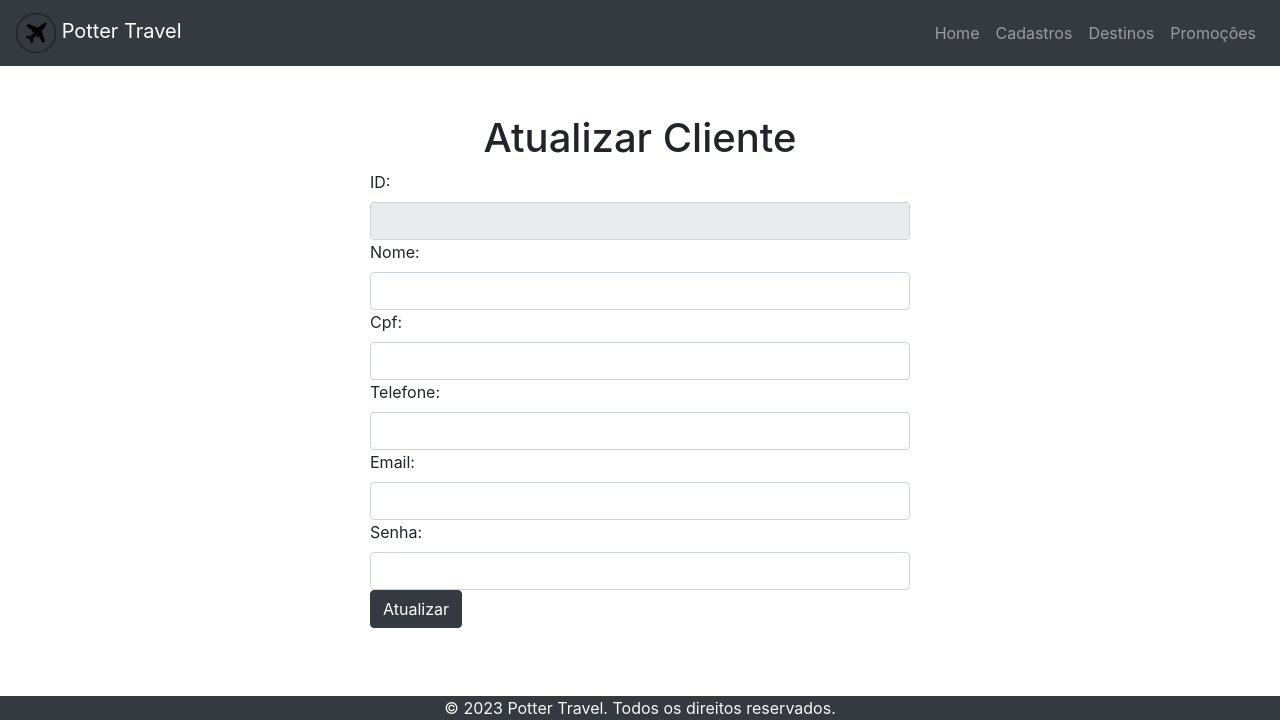
Repository: marcelledssantos/PotterTravel-MVC
Page: http://localhost/PotterTravel-MVC/atualizar.jsp
An editor plug-in stored every save of this project. The page is shown before and after the next save, followed by the edit.
The browser window is 1280 px wide. The pictures show the whole page.
Some web libraries are served in a nearby version. The page is served by Tomcat 9. Other server files are loaded and not shown. The template is opened directly, without the code that normally fills it, so the values that code supplies are empty.

Above is the page before, as saved 2023-11-03 00:52:37.

### PotterTravel-MVC/src/main/webapp/atualizar.jsp
<%@ page language="java" contentType="text/html; charset=UTF-8"
	pageEncoding="UTF-8"%>
	<%@ taglib uri="http://java.sun.com/jsp/jstl/core" prefix="jstl"%>
<!DOCTYPE html>
<html>
<head>
<meta charset="UTF-8">
<link rel="icon" type="image/x-icon" href="./icon/favicon.ico">
<link rel="stylesheet" href="https://maxcdn.bootstrapcdn.com/bootstrap/4.5.2/css/bootstrap.min.css">
<title>Update</title>
</head>
<body>
    <!-- Cabeçalho -->
   <header>
		<nav class="navbar navbar-expand-lg navbar-dark  bg-dark text-light">
			 <a class="navbar-brand" href="#">
            <img src="Icon/aviao.png" width="40" height="40" class="d-inline-block align-center" alt="Logo">
            Potter Travel</a>
        <button class="navbar-toggler" type="button" data-toggle="collapse" data-target="#navbarNav"
            aria-controls="navbarNav" aria-expanded="false" aria-label="Toggle navigation">
            <span class="navbar-toggler-icon"></span>
        </button>
				<div class="collapse navbar-collapse" id="navbarNav">
					<ul class="navbar-nav ml-auto">
						<li class="nav-item"><a class="nav-link" href="index.html">Home</a>
						</li>
						<li class="nav-item"><a class="nav-link"
							href="./ReadController">Cadastros</a></li>
						<li class="nav-item"><a class="nav-link" href="#">Destinos</a></li>
						<li class="nav-item"><a class="nav-link" href="#">Promoções</a>
						</li>
					</ul>
				</div>
			</div>
		</nav>
	</header>

	<div class="container">
		<div class="row justify-content-center">
			<div class="col-md-6">
				<h1 class="mt-5 text-center" >Atualizar Cliente</h1>
				<form class="mt-8" action="UpdateController" method="post">

					<div class="form-group">

						<label for="nome">ID:</label> <input type="text"
							class="form-control  " id="id" name="id" value="${cliente.id}" readonly>

						<label for="nome">Nome:</label> <input type="text" class="form-control" id="nome" name="nome" required>

						<label for="nome">Cpf:</label> <input type="text" class="form-control"
							id="cpf" name="cpf" required>

						<label for="nome">Telefone:</label> <input type="text" class="form-control" id="telefone"
							name="telefone" required>

						<label for="login">Email:</label> <input type="email" class="form-control" id="email" name="email"
							required>

						<label for="senha">Senha:</label> <input type="password" class="form-control" id="senha" name="senha"required>
							<button type="submit" class="btn btn-dark mx auto">Atualizar</button>
					</div>

					<div class="col-12 text-center">

					</div>

				</form>
			</div>
		</div>
	</div>

	 <!-- Rodapé -->

	<footer class="bg-dark text-light text-center mt -5 fixed-bottom">
		&copy; 2023 Potter Travel. Todos os direitos reservados. </footer>


	<script src="https://code.jquery.com/jquery-3.5.1.slim.min.js"></script>
	<script
		src="https://cdn.jsdelivr.net/npm/@popperjs/core@2.5.3/dist/umd/popper.min.js"></script>
	<script
		src="https://maxcdn.bootstrapcdn.com/bootstrap/4.5.2/js/bootstrap.min.js"></script>

</body>
</html>

After the next save:
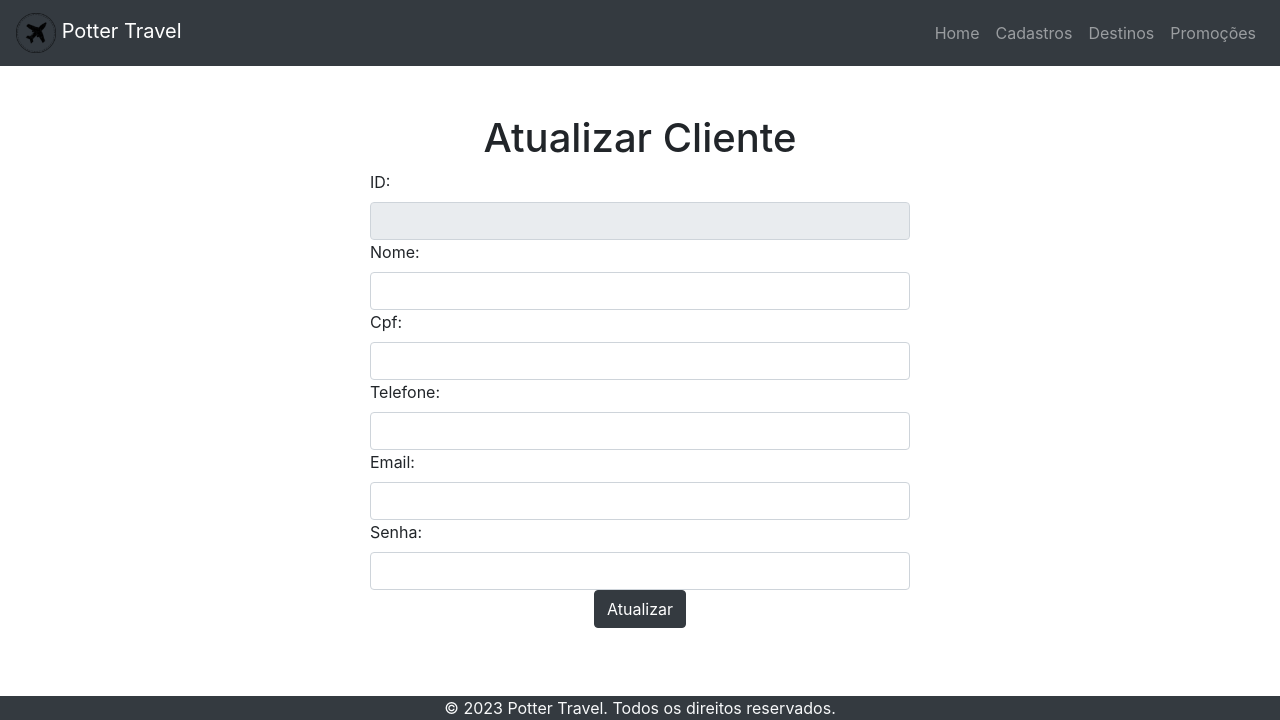
Saved 29 s later.
--- a/PotterTravel-MVC/src/main/webapp/atualizar.jsp
+++ b/PotterTravel-MVC/src/main/webapp/atualizar.jsp
@@ -58,13 +58,11 @@
 							required>
 
 						<label for="senha">Senha:</label> <input type="password" class="form-control" id="senha" name="senha"required>
-							<button type="submit" class="btn btn-dark mx auto">Atualizar</button>
+
+						<div class="col-12 text-center">
+						<button type="submit" class="btn btn-dark mx auto">Atualizar</button>
 					</div>
-
-					<div class="col-12 text-center">
-
 					</div>
-
 				</form>
 			</div>
 		</div>
